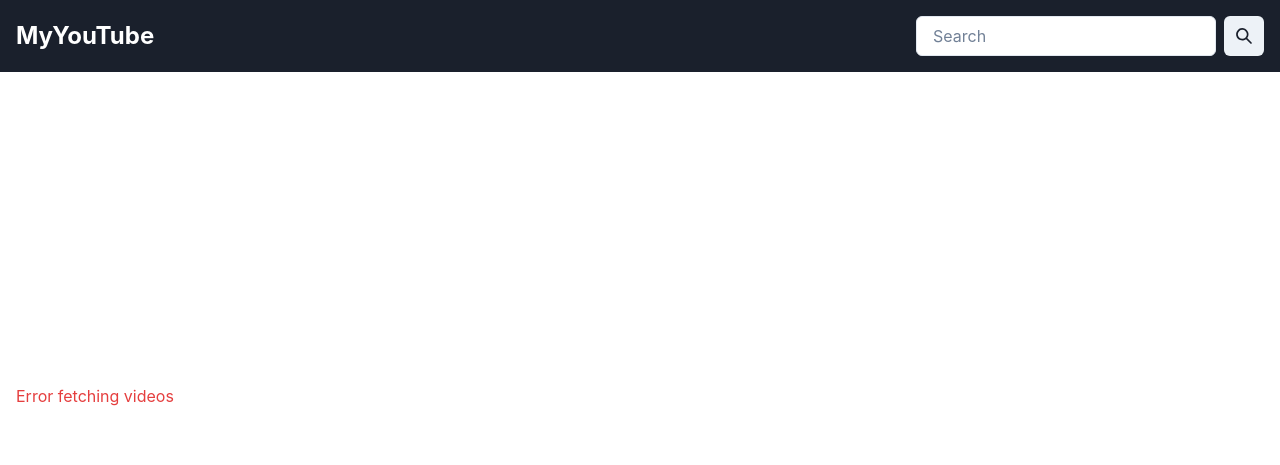
Repository: JuniorDevChris/YouTube-Engagement-Metrics
Page: /, after clicking the first element matching `button.chakra-button`
The author's editor kept a copy of each file at every save. The page is drawn from the files as they stood at one save, then again after the next save.
The browser window is 1280 px wide. The pictures show the whole page.
The page's requests for data from a server got no answer. The project was rebuilt for these pictures with package versions that can differ from the ones it lists, and the page was loaded fresh each time. No one was signed in, and anything a server would have sent is missing. Also part of the build but not shown: vite.config.ts, src/components/VideoCard.tsx, src/App.css.

Above is the page before, as saved 2024-07-16 21:41:42.

After the next save:
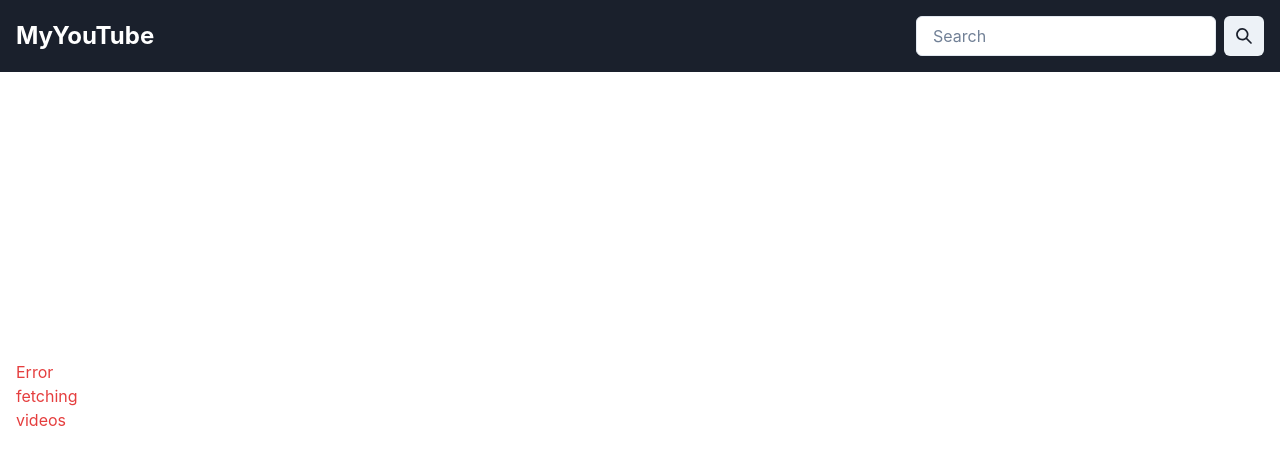
Saved 10 s later.
--- a/src/components/VideoGrid.tsx
+++ b/src/components/VideoGrid.tsx
@@ -18,14 +18,14 @@ interface VideoGridProps {
 const VideoGrid: React.FC<VideoGridProps> = ({ videos, loading }) => {
   if (loading) {
     return (
-      <Center>
+      <Center width="100%" height="100%">
         <Spinner size="xl" />
       </Center>
     );
   }
 
   return (
-    <SimpleGrid columns={[1, 2, 3]} spacing={4}>
+    <SimpleGrid columns={[1, 2, 3]} spacing={4} width="100%">
       {videos.map((video) => (
         <VideoCard key={video.id} {...video} />
       ))}
